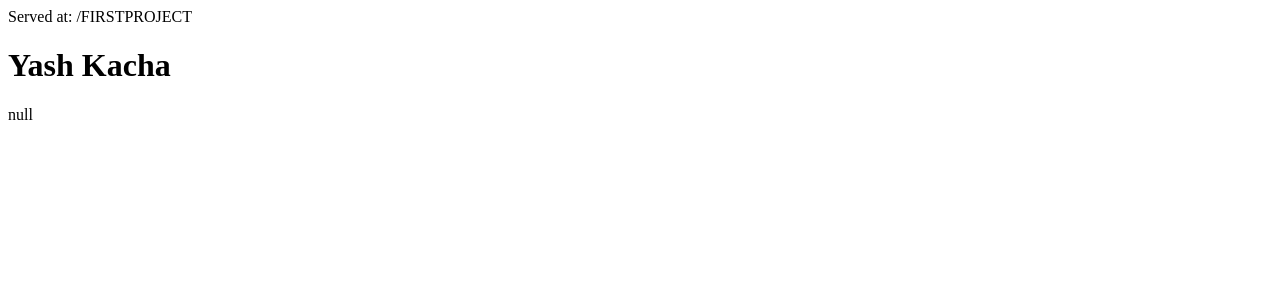
Repository: YashKachaRK/JAVA_CODE_SEM_6
Page: http://localhost/FIRSTPROJECT/Hello
An editor plug-in stored every save of this project. The page is shown before and after the next save, followed by the edit.
The browser window is 1280 px wide. The pictures show the whole page.
The page is served by Tomcat 10.

Above is the page before, as saved 2025-12-19 05:20:24.

After the next save:
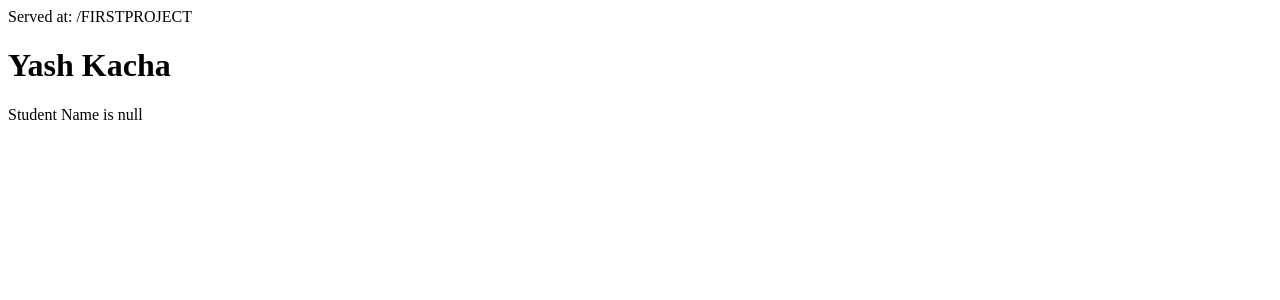
Saved 107 s later.
--- a/FIRSTPROJECT/src/main/java/first/Hello.java
+++ b/FIRSTPROJECT/src/main/java/first/Hello.java
@@ -37,7 +37,7 @@ public class Hello extends HttpServlet {
 		out.println("</body></html>");
 
 		String s1 = request.getParameter("sname");
-		out.println(s1);
+		out.println("Student Name is "+s1);
 
 	}
 
